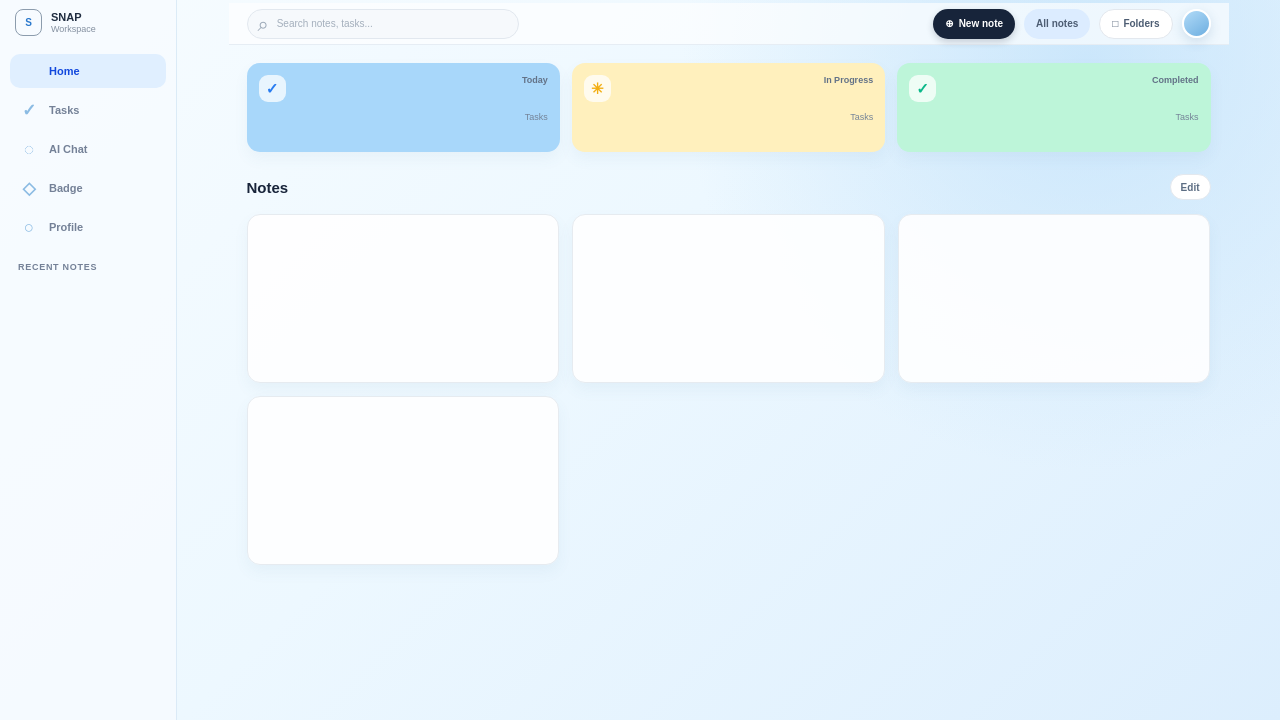
Repository: Lee-Productions-Inc/SNAP_productions
Page: pages/dashboard.html
The author's editor kept a copy of each file at every save. The page is drawn from the files as they stood at one save, then again after the next save.
The browser window is 1280 px wide. The pictures show the whole page.

Above is the page before, as saved 2026-09-16 21:04:16.

After the next save:
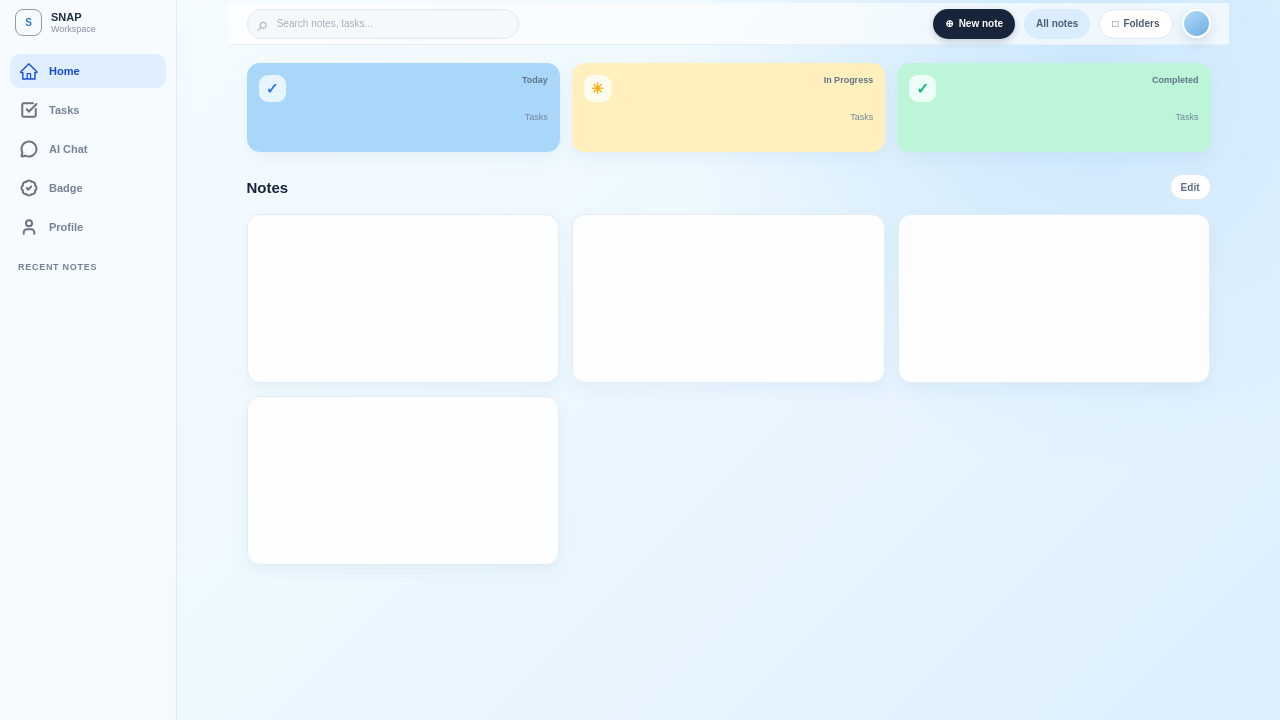
Saved 3 min 25 s later.
--- a/pages/dashboard.html
+++ b/pages/dashboard.html
@@ -18,15 +18,15 @@
                 </a>
 
                 <nav class="primary-nav">
-                    <a class="nav-item active" href="dashboard.html"><span aria-hidden="true"></span>Home
+                    <a class="nav-item active" href="dashboard.html"><img class="nav-icon" src="../assets/Vector.svg" alt="">Home
                     </a>
-                    <a class="nav-item" href="#tasks"><span aria-hidden="true">✓</span>Tasks
+                    <a class="nav-item" href="#tasks"><img class="nav-icon" src="../assets/check-square.svg" alt="">Tasks
                     </a>
-                    <a class="nav-item" href="#ai-chat"><span aria-hidden="true">◌</span>AI Chat
+                    <a class="nav-item" href="#ai-chat"><img class="nav-icon" src="../assets/message-circle.svg" alt="">AI Chat
                     </a>
-                    <a class="nav-item" href="#badge"><span aria-hidden="true">◇</span>Badge
+                    <a class="nav-item" href="#badge"><img class="nav-icon" src="../assets/badge-check.svg" alt="">Badge
                     </a>
-                    <a class="nav-item" href="#profile"><span aria-hidden="true">○</span>Profile
+                    <a class="nav-item" href="#profile"><img class="nav-icon" src="../assets/user.svg" alt="">Profile
                     </a>
                 </nav>
 
--- a/designs/dashboard.css
+++ b/designs/dashboard.css
@@ -77,17 +77,15 @@
     transition: background 160ms ease, color 160ms ease;
 }
 
-.nav-item span {
+.nav-icon {
     width: 18px;
-    color: #8bbbe3;
-    font-size: 17px;
-    line-height: 1;
-    text-align: center;
+    height: 18px;
+    flex: 0 0 18px;
+    object-fit: contain;
 }
 
 .nav-item:hover,
 .nav-item.active { color: #1248dd; background: #e0efff; }
-.nav-item.active span { color: #1248dd; }
 
 .recent-notes { margin-top: 18px; padding: 0 8px; }
 .recent-notes h2 { margin: 0; color: #748197; font-size: 9px; font-weight: 800; letter-spacing: .08em; text-transform: uppercase; }
@@ -175,7 +173,7 @@
     .brand { margin: 0 4px 12px; }
     .primary-nav { display: flex; gap: 4px; overflow-x: auto; padding-bottom: 3px; }
     .nav-item { flex: 0 0 auto; gap: 7px; min-height: 34px; padding: 0 11px; font-size: 11px; }
-    .nav-item span { width: auto; font-size: 16px; }
+    .nav-icon { width: 16px; height: 16px; flex-basis: 16px; }
     .recent-notes { display: none; }
     .dashboard-main { padding: 14px 12px 48px; }
     .dashboard-header { align-items: center; flex-wrap: wrap; min-height: 96px; margin: -14px -12px 0; padding: 10px 12px; }
